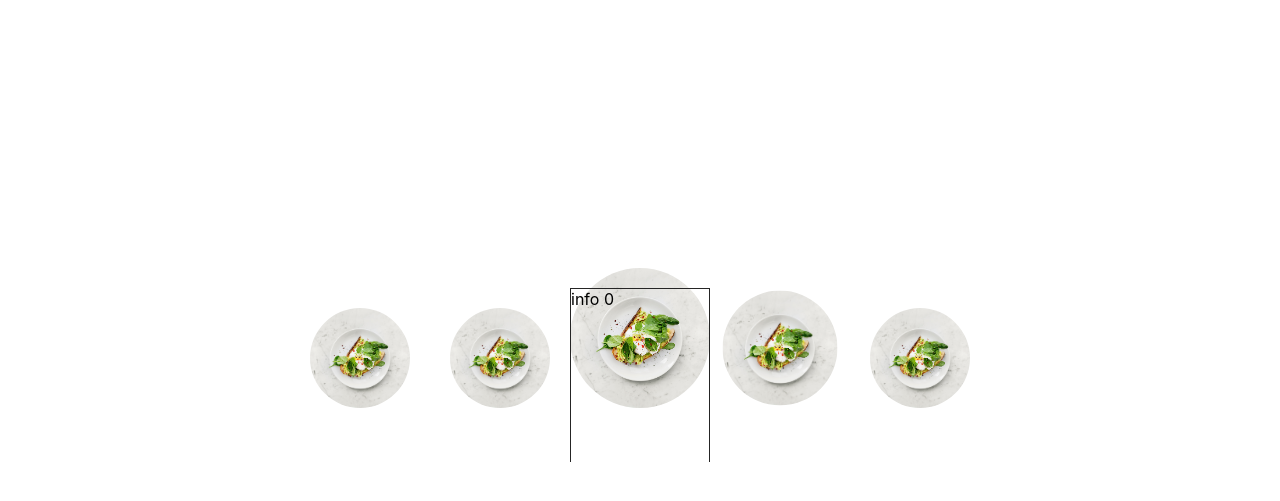
Repository: nambui98/slider
Page: /
These files come from the project's save history. The page is drawn as it stood at one moment and after the next save; the edit follows.
The browser window is 1280 px wide. The pictures show the whole page.
The project was rebuilt for these pictures with package versions that can differ from the ones it lists, and the page was loaded fresh each time. Also part of the build but not shown: vite.config.ts.

Above is the page before, as saved 2022-04-12 10:50:45.

### src/App.tsx
import { useState } from 'react'
import Horizolsider from './components/horizolslider/Horizolsider'
import logo from './logo.svg'
import './App.css'
import "slick-carousel/slick/slick.css";
import "slick-carousel/slick/slick-theme.css";
function App() {
  const [count, setCount] = useState(0)

  return (
    <div className="App">
      <Horizolsider />
    </div>
  )
}

export default App

### src/components/horizolslider/Horizolsider.tsx
import React, { useEffect, useRef, useState } from 'react'
import styled from 'styled-components'
import Slider from "react-slick";
import image1 from '../../assets/images/pexels-daria-shevtsova-1095550.jpg'

type Props = {}

const Wrapper = styled.div`
    width: 700px;
    /* margin: auto; */
`
const Item = styled.div`
    height: 150px;
    margin-top: 50px;
    transition: all .3s;
    position: relative;
    /* display: flex !important;
    justify-content: center;
    align-items: flex-end;
    margin-bottom: 100px; */
    /* position: relative;
     */
    /* margin: 0 15px; */
    .info{
        visibility: hidden;
        width: 100%;
        border: 1px solid #252525;
        height: 200px;
        position: absolute;
        z-index: 1000;
        top: 0;
    }
    img{
        object-fit: cover;
        margin: 0 auto;
        /* width: 100px;
        height: 100px; */
        width: 100px;
        height: 100px;
        border-radius: 50%;
        transition: all .3s;
    }
    &.active{
        /* width: 150px;
        height: 100px; */
        /* height: 200px; */
        margin-top: 30px;
        img{

            /* width: 100%; */
            transform: scale(1.4)
        }
        .info{
            visibility: visible;
        }
    }
    &.near{
        /* width: 150px;
        height: 100px; */
        /* height: 200px; */
        margin-top: 40px;
        img{

            /* width: 100%; */
            transform: scale(1.15)
        }


    }
`
const Horizolsider = (props: Props) => {
    const [activeIndex, setActiveIndex] = useState<number>(0);
    const settings = {
        className: "listItem",
        dots: false,
        infinite: true,
        speed: 500,
        slidesToShow: 5,
        slidesToScroll: 1,
        centerMode: true,
        focusOnSelect: true,
        centerPadding: '0px',
        // adaptiveHeight: true,
        beforeChange: (current: any, next: any) => {
            setActiveIndex(next)

        },
    };

    return (
        <div style={{ display: "flex", height: "100vh", justifyContent: "center", alignItems: "center" }}>
            <Wrapper>
                <Slider {...settings}>
                    {
                        [...Array(10).keys()].map((i, index) =>
                            <Item className={`${index === activeIndex ? "active" : (activeIndex - index) === 1 || (index - activeIndex) === 1 ? "near" : ""}`}>
                                <img src={image1} alt="" />
                                <div className="info">info {i}</div>
                            </Item>
                        )
                    }
                </Slider>
            </Wrapper>
        </div>
    )
}
export default Horizolsider

### src/App.css
*{
  padding: 0;
  margin: 0;
  box-sizing: border-box;
}
.listItem{

}

Loaded but not shown: index.html (common file); src/main.tsx (common file); src/index.css (common file)

After the next save:
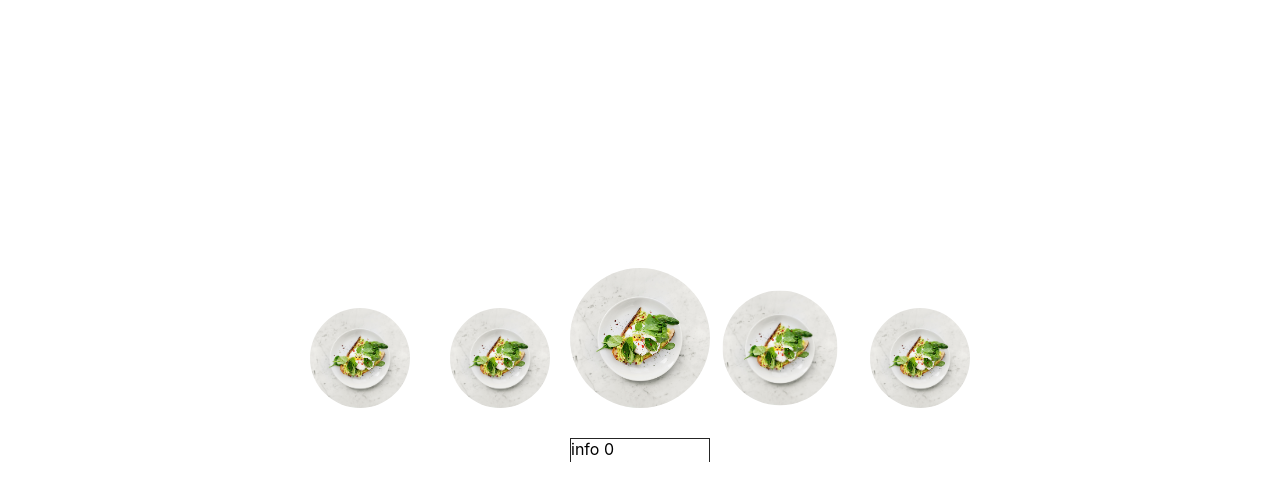
Saved 4 s later.
--- a/src/components/horizolslider/Horizolsider.tsx
+++ b/src/components/horizolslider/Horizolsider.tsx
@@ -28,7 +28,7 @@ const Item = styled.div`
         height: 200px;
         position: absolute;
         z-index: 1000;
-        top: 0;
+        top: 100%;
     }
     img{
         object-fit: cover;
